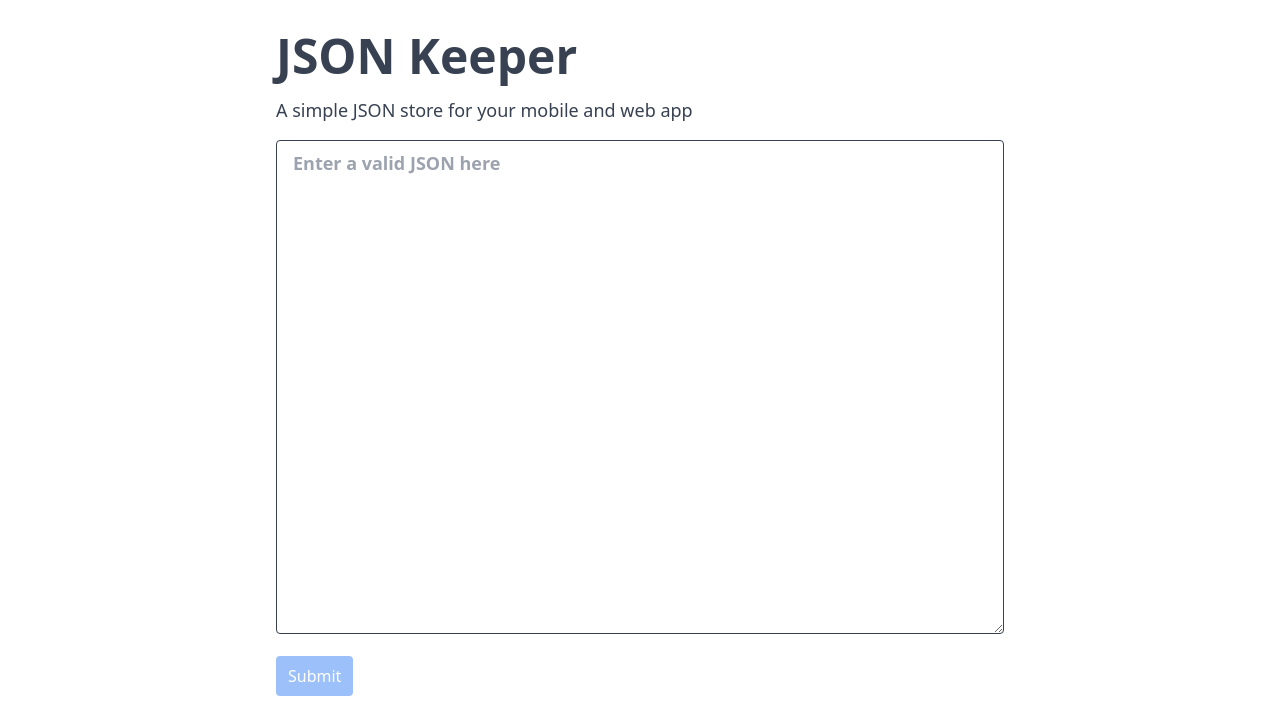
Repository: lakshithapramodya/jsonhub
Page: / (app in client/)
The author's editor kept a copy of each file at every save. The page is drawn from the files as they stood at one save, then again after the next save.
The browser window is 1280 px wide. The pictures show the whole page.
The page's requests for data from a server got no answer. The project was rebuilt for these pictures with package versions that can differ from the ones it lists, and the page was loaded fresh each time. No one was signed in, and anything a server would have sent is missing. Also part of the build but not shown: client/src/HandleJsonData.js.

Above is the page before, as saved 2023-05-10 12:34:12.

### client/src/index.js
import React from "react";
import ReactDOM from "react-dom/client";
import "./index.css";
import App from "./App";
import { BrowserRouter, Route, Routes } from "react-router-dom";
import HandleJsonData from "./HandleJsonData";

const root = ReactDOM.createRoot(document.getElementById("root"));
root.render(
  <React.StrictMode>
    <BrowserRouter>
      <Routes>
        <Route path="/" element={<App />} />
        <Route path=":url" element={<HandleJsonData />} />
      </Routes>
    </BrowserRouter>
  </React.StrictMode>
);

### client/src/App.js
import { useState } from "react";
import { SERVER_ENDPOINT } from "./config/Default";
import axios from "axios";

function App() {
  const [input, setInput] = useState([]);
  const [url, setUrl] = useState("");

  const sendRequest = async () => {
    const res = await axios
      .post(`${SERVER_ENDPOINT}/api/json`, {
        text: input,
      })
      .then()
      .catch((err) => console.log(err));
    const data = res.data;
    return data;
  };

  const handleSubmit = (e) => {
    e.preventDefault();
    sendRequest().then((res) => {
      console.log(res.url);
      res && setInput([]);
      setUrl(res.url);
    });
  };

  function isJsonString(str) {
    try {
      JSON.parse(str);
    } catch (e) {
      return false;
    }
    return true;
  }

  return (
    <div className="min-w-full min-h-screen flex flex-col">
      {url && (
        <a href={`${SERVER_ENDPOINT}/${url}`}>{`${SERVER_ENDPOINT}/${url}`}</a>
      )}
      <div className="flex flex-col mx-auto mt-8 w-full sm:w-[80%] md:w-[70%] lg:w-[60%] items-center justify-center">
        <form onSubmit={handleSubmit} className="w-full space-y-4 px-5">
          <h1 className="text-5xl font-semibold text-gray-700">JSON Keeper</h1>
          <p className="text-gray-700 text-lg">
            A simple JSON store for your mobile and web app
          </p>
          <textarea
            placeholder="Enter a valid JSON here"
            onChange={(e) => setInput(e.target.value)}
            value={input}
            rows={17}
            className={`border border-gray-700 w-full rounded p-2 px-4 text-lg font-semibold focus:outline-none`}
          />
          <button
            className="bg-blue-500 p-2 px-3 rounded text-white disabled:opacity-50"
            disabled={!isJsonString(input)}
            type="submit"
          >
            Submit
          </button>
        </form>
      </div>
    </div>
  );
}

export default App;

### client/src/config/Default.js
export const SERVER_ENDPOINT =
  process.env.REACT_APP_SERVER_ENDPOINT || "http://localhost:5000";

Loaded but not shown: client/public/index.html (common file); client/src/index.css (common file); client/tailwind.config.js (common file)

After the next save:
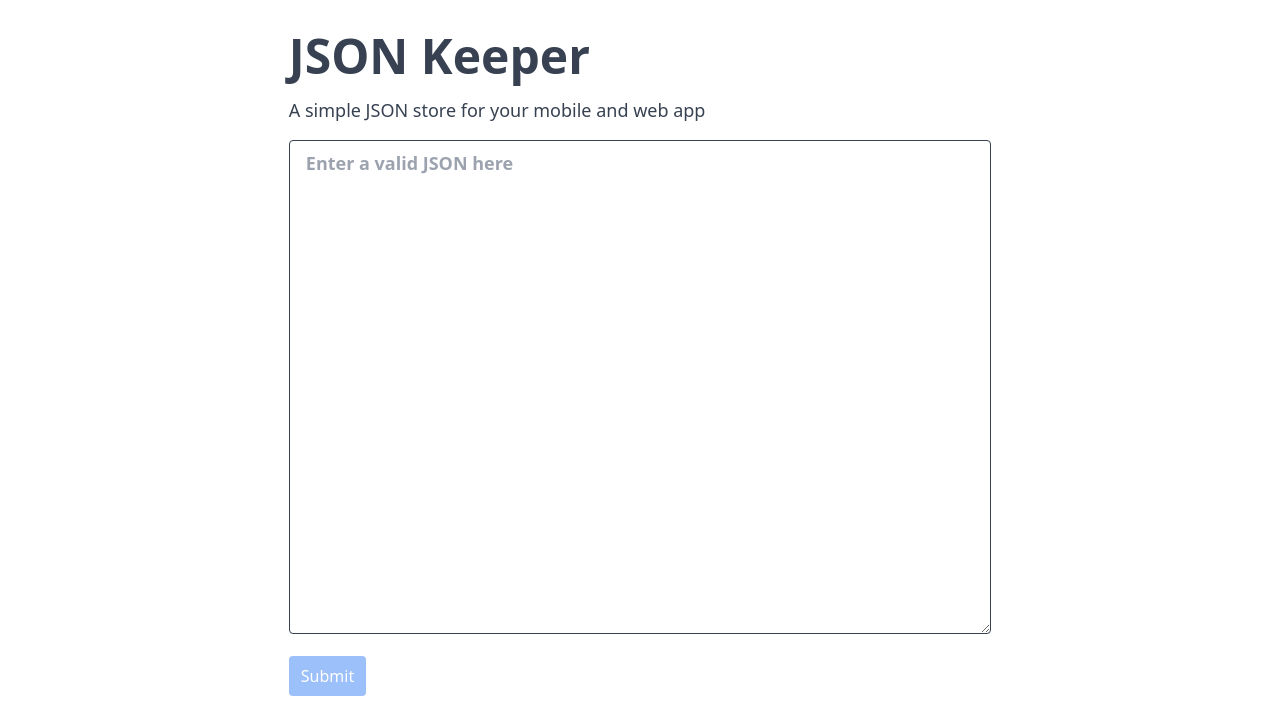
Saved 33 s later.
--- a/client/src/App.js
+++ b/client/src/App.js
@@ -40,7 +40,7 @@ function App() {
       {url && (
         <a href={`${SERVER_ENDPOINT}/${url}`}>{`${SERVER_ENDPOINT}/${url}`}</a>
       )}
-      <div className="flex flex-col mx-auto mt-8 w-full sm:w-[80%] md:w-[70%] lg:w-[60%] items-center justify-center">
+      <div className="flex flex-col mx-auto mt-8 w-full sm:w-[80%] md:w-[70%] lg:w-[58%] items-center justify-center">
         <form onSubmit={handleSubmit} className="w-full space-y-4 px-5">
           <h1 className="text-5xl font-semibold text-gray-700">JSON Keeper</h1>
           <p className="text-gray-700 text-lg">
